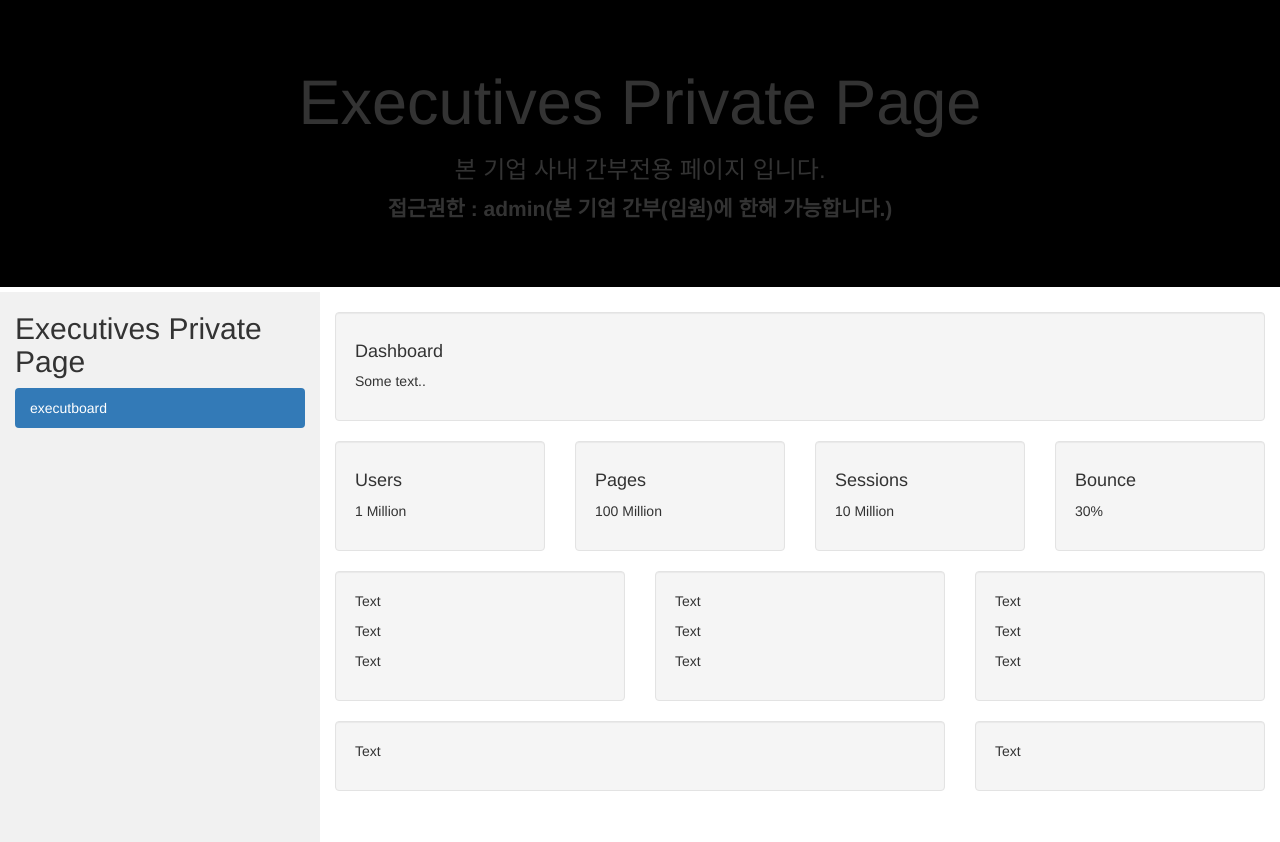
Repository: as2019a/spring
Page: http://localhost/ch19_project_mavenwebsite/WEB-INF/views/executives/maps.jsp
The author's editor kept a copy of each file at every save. The page is drawn from the files as they stood at one save, then again after the next save.
The browser window is 1280 px wide. The pictures show the whole page.
Some web libraries are served in a nearby version. The page is served by Tomcat 9. Nobody is signed in. The template is opened directly, without the code that normally fills it, so the values that code supplies are empty.

Above is the page before, as saved 2019-01-29 08:50:30.

After the next save:
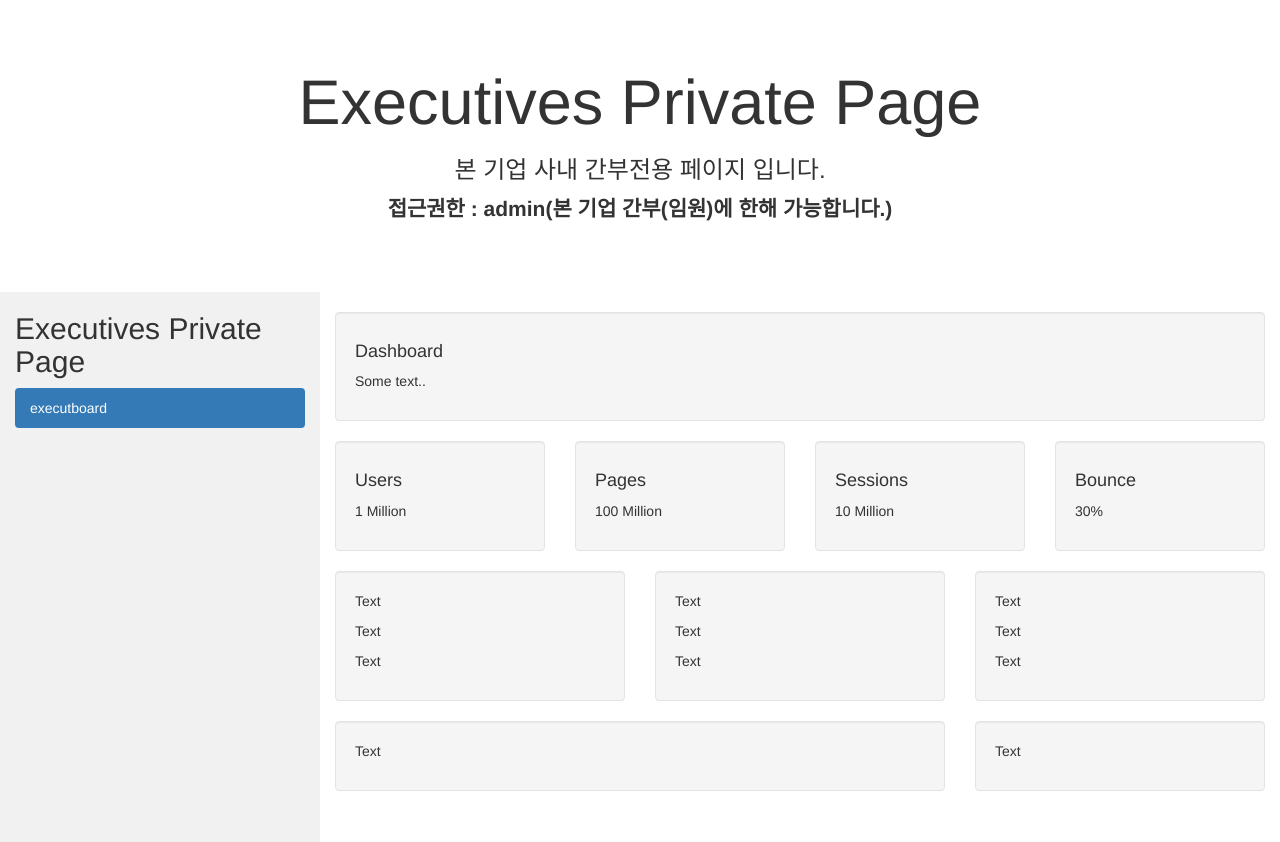
Saved 14 s later.
--- a/ch19_project_mavenwebsite/src/main/webapp/WEB-INF/views/executives/maps.jsp
+++ b/ch19_project_mavenwebsite/src/main/webapp/WEB-INF/views/executives/maps.jsp
@@ -15,7 +15,7 @@
 		margin-bottom: 5px;
 		text-align:center;
 		background-clip:padding-box;
-		background-color:activeborder;
+		background-color:appworkspace;
 	}
 
     /* Set height of the grid so .sidenav can be 100% (adjust as needed) */
